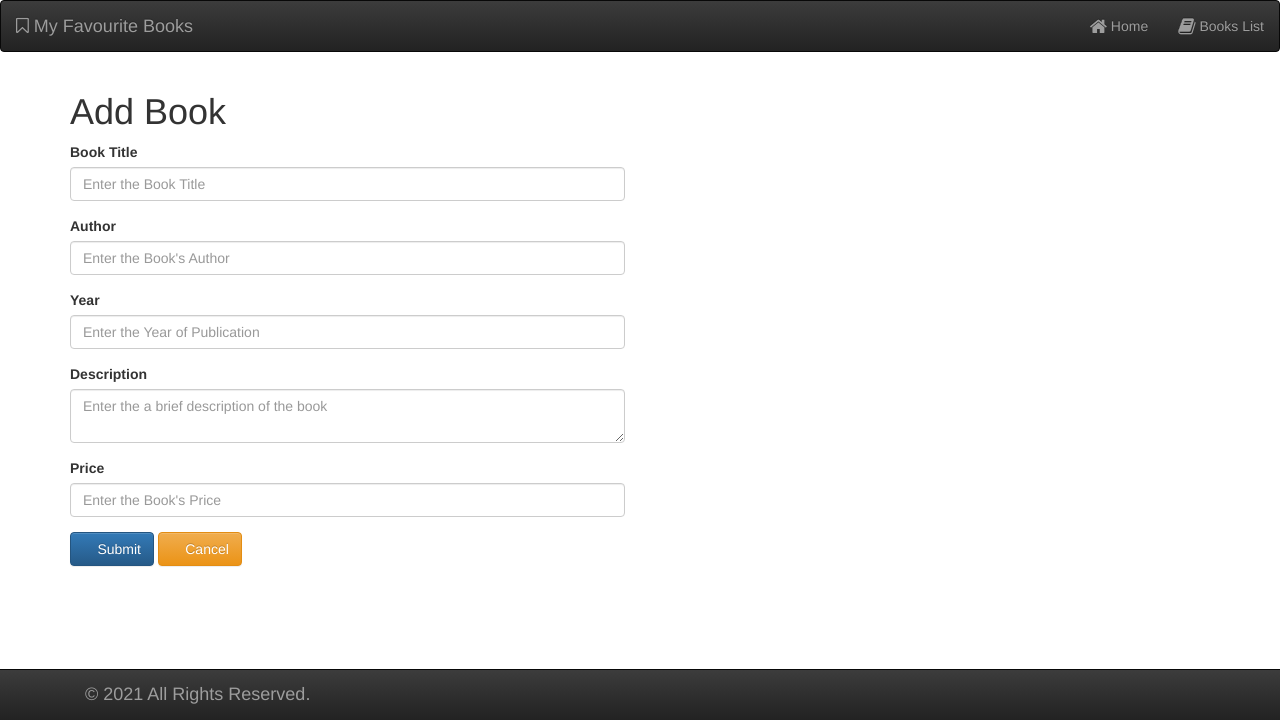
Repository: daviccarvalho/COMP229-M2021-Midterm-301154671
Page: http://localhost/books/add
These files come from the project's save history. The page is drawn as it stood at one moment and after the next save; the edit follows.
The browser window is 1280 px wide. The pictures show the whole page.
The page is served by the project's Node server (server.js). Other server files are loaded and not shown.

Above is the page before, as saved 2021-06-22 17:01:57.

### server/views/books/add.ejs
<%- include('../partials/header.ejs'); %>

<!-- Content for the Add page -->
<div class="container">
    <div class="row">
        <div class="offset-md-3 col-md-6">
            <h1><%= title %></h1>

            <form class="form" method="POST">
                <div class="form-group">
                    <label for="nameTextField">Book Title</label>
                    <input type="text" class="form-control"
                    id="nameTextField"
                    placeholder="Enter the Book Title"
                    name="title" required>
                </div>

                <div class="form-group">
                    <label for="authorTextField">Author</label>
                    <input type="text" class="form-control"
                    id="authorTextField"
                    placeholder="Enter the Book's Author"
                    name="author" required>
                </div>

                <div class="form-group">
                    <label for="publishedTextField">Year</label>
                    <input type="text" class="form-control"
                    id="publishedTextField"
                    placeholder="Enter the Year of Publication"
                    name="published" required>
                </div>

                <div class="form-group">
                    <label for="descriptionTextArea">Description</label>
                    <textarea type="text" class="form-control"
                    id="descriptionTextArea"
                    placeholder="Enter the a brief description of the book"
                    name="description" required></textarea>
                </div>

                <div class="form-group">
                    <label for="priceTextField">Price</label>
                    <input type="text" class="form-control"
                    id="priceTextField"
                    placeholder="Enter the Book's Price"
                    name="price" required>
                </div>

                <button class="btn btn-primary" type="submit">
                    <i class="fas fa-edit"></i> Submit</button>

                    <a href="/books" class="btn btn-warning">
                        <i class="fas fa-undo"></i> Cancel</a>

            </form>
        </div>

    </div>
</div>

<%- include('../partials/footer.ejs'); %>

### server/views/partials/header.ejs
<!DOCTYPE html>
<html lang="en">
  <head>
    <meta charset="utf-8">
    <meta name="viewport" content="width=device-width, initial-scale=1">
    <title><%= title %></title>
    <!-- CSS SECTION -->
    <link rel="stylesheet" href="/Scripts/lib/bootstrap/dist/css/bootstrap.min.css">
    <link rel="stylesheet" href="/Scripts/lib/bootstrap/dist/css/bootstrap-theme.min.css">
    <link rel="stylesheet" href="/Scripts/lib/font-awesome/css/font-awesome.min.css">
    <link rel='stylesheet' href='/Content/app.css' />
  </head>
  <body>

  <nav class="navbar navbar-inverse" role="navigation">
    <!-- Brand and toggle get grouped for better mobile display -->
    <div class="navbar-header">
      <button type="button" class="navbar-toggle" data-toggle="collapse" data-target=".navbar-ex1-collapse">
        <span class="sr-only">Toggle navigation</span>
        <span class="icon-bar"></span>
        <span class="icon-bar"></span>
        <span class="icon-bar"></span>
      </button>
      <a class="navbar-brand" href="/"><i class="fa fa-bookmark-o"></i> My Favourite Books</a>
    </div>

    <!-- Collect the nav links, forms, and other content for toggling -->
    <div class="collapse navbar-collapse navbar-ex1-collapse">
      <ul class="nav navbar-nav navbar-right">
        <% if(title == "Home") { %>
          <li class="active"><a href="/"><i class="fa fa-home fa-lg"></i> Home</a></li>
        <% } else { %>
          <li><a href="/"><i class="fa fa-home fa-lg"></i> Home</a></li>
        <% } %>

          <% if(title == "books") { %>
          <li class="active"><a href="/books"><i class="fa fa-book fa-lg">
          </i> Books List</a></li>
          <% } else { %>
            <li><a href="/books"><i class="fa fa-book fa-lg">
            </i> Books List</a></li>
          <% } %>

      </ul>
    </div><!-- /.navbar-collapse -->
  </nav>

### server/views/partials/footer.ejs

<nav class="navbar navbar-inverse navbar-fixed-bottom">
  <div class="container">
    <h4  class="navbar-text">&copy; 2021 All Rights Reserved.</h4>
  </div>
</nav>



<!-- JAVASCRIPT SECTION -->
    <script src="/Scripts/lib/jquery/dist/jquery.min.js"></script>
    <script src="/Scripts/lib/bootstrap/dist/js/bootstrap.min.js"></script>
    <script src="/Scripts/app.js"></script>
  </body>
</html>

### server.js
let app = require('./server/config/app');
let debug = require('debug')('comp308-w2019-midterm:server');
let http = require('http');

/**
 * Get port from environment and store in Express.
 */

let port = normalizePort(process.env.PORT || '3000');
app.set('port', port);

/**
 * Create HTTP server.
 */

let server = http.createServer(app);

/**
 * Listen on provided port, on all network interfaces.
 */

server.listen(port);
server.on('error', onError);
server.on('listening', onListening);

/**
 * Normalize a port into a number, string, or false.
 */

function normalizePort(val) {
  let port = parseInt(val, 10);

  if (isNaN(port)) {
    // named pipe
    return val;
  }

  if (port >= 0) {
    // port number
    return port;
  }

  return false;
}

/**
 * Event listener for HTTP server "error" event.
 */

function onError(error) {
  if (error.syscall !== 'listen') {
    throw error;
  }

  let bind = typeof port === 'string'
    ? 'Pipe ' + port
    : 'Port ' + port;

  // handle specific listen errors with friendly messages
  switch (error.code) {
    case 'EACCES':
      console.error(bind + ' requires elevated privileges');
      process.exit(1);
      break;
    case 'EADDRINUSE':
      console.error(bind + ' is already in use');
      process.exit(1);
      break;
    default:
      throw error;
  }
}

/**
 * Event listener for HTTP server "listening" event.
 */

function onListening() {
  let addr = server.address();
  let bind = typeof addr === 'string'
    ? 'pipe ' + addr
    : 'port ' + addr.port;
  debug('Listening on ' + bind);
}

### server/routes/books.js
// modules required for routing
let express = require('express');
let router = express.Router();
let mongoose = require('mongoose');

// define the book model
let Book = require('../models/books');

/* GET books List page. READ */
router.get('/', (req, res, next) => {
  // find all books in the books collection
  Book.find( (err, books) => {
    if (err) {
      return console.error(err);
    }
    else {
      res.render('books/index', {title: 'Books', Books: books});
    }
  });
});

//  GET the Book Details page in order to add a new Book
router.get('/add', (req, res, next) => {
    res.render('books/add', {title: 'Add Book'});
});

// POST process the Book Details page and create a new Book - CREATE
router.post('/add', (req, res, next) => {

  let newBook = Book({
    "title": req.body.title,
    "author": req.body.author,
    "published": req.body.published,
    "description": req.body.description,
    "price": req.body.price,
    "genre": req.body.genre
  });

Book.create(newBook, (err, Book) =>{
    if(err)
    {
        console.log(err);
        res.end(err);
    }
    else
    {
        // refresh the book list
        res.redirect('/books');
    }
});

});

// GET the Book Details page in order to edit an existing Book
router.get('/edit/:id', (req, res, next) => {

  let id = req.params.id;

  Book.findById(id, (err, bookToEdit) => {
      if(err)
      {
          console.log(err);
          res.end(err);
      }
      else
      {
          //show the edit view
          res.render('books/edit', {title: 'Edit Book', book: bookToEdit})
      }
  });
});

// POST - process the information passed from the details form and update the document
router.post('/edit/:id', (req, res, next) => {

  let id = req.params.id;

  let updatedBook = Book({
      "_id": id,
      "title": req.body.title,
      "author": req.body.author,
      "published": req.body.published,
      "description": req.body.description,
      "price": req.body.price,
      "genre": req.body.genre
  });

  Book.updateOne({_id: id}, updatedBook, (err) => {
      if(err)
      {
          console.log(err);
          res.end(err);
      }
      else
      {
          // refresh the book list
          res.redirect('/books');
      }
  });

});

// GET - process the delete by user id
router.get('/delete/:id', (req, res, next) => {

  let id = req.params.id;

  Book.remove({_id: id}, (err) => {
      if(err)
      {
          console.log(err);
          res.end(err);
      }
      else
      {
           // refresh the book list
           res.redirect('/books');
      }
  });
});


module.exports = router;

### client/Scripts/app.js
/* custom JS goes here */

/* pagination code from http://www.bootply.com/lxa0FF9yhw */
$.fn.pageMe = function(opts){
    var $this = this,
        defaults = {
            perPage: 7,
            showPrevNext: false,
            hidePageNumbers: false
        },
        settings = $.extend(defaults, opts);

    var listElement = $this;
    var perPage = settings.perPage;
    var children = listElement.children();
    var pager = $('.pager');

    if (typeof settings.childSelector!="undefined") {
        children = listElement.find(settings.childSelector);
    }

    if (typeof settings.pagerSelector!="undefined") {
        pager = $(settings.pagerSelector);
    }

    var numItems = children.size();
    var numPages = Math.ceil(numItems/perPage);

    pager.data("curr",0);

    if (settings.showPrevNext){
        $('<li><a href="#" class="prev_link">«</a></li>').appendTo(pager);
    }

    var curr = 0;
    while(numPages > curr && (settings.hidePageNumbers==false)){
        $('<li><a href="#" class="page_link">'+(curr+1)+'</a></li>').appendTo(pager);
        curr++;
    }

    if (settings.showPrevNext){
        $('<li><a href="#" class="next_link">»</a></li>').appendTo(pager);
    }

    pager.find('.page_link:first').addClass('active');
    pager.find('.prev_link').hide();
    if (numPages<=1) {
        pager.find('.next_link').hide();
    }
  	pager.children().eq(1).addClass("active");

    children.hide();
    children.slice(0, perPage).show();

    pager.find('li .page_link').click(function(){
        var clickedPage = $(this).html().valueOf()-1;
        goTo(clickedPage,perPage);
        return false;
    });
    pager.find('li .prev_link').click(function(){
        previous();
        return false;
    });
    pager.find('li .next_link').click(function(){
        next();
        return false;
    });

    function previous(){
        var goToPage = parseInt(pager.data("curr")) - 1;
        goTo(goToPage);
    }

    function next(){
        goToPage = parseInt(pager.data("curr")) + 1;
        goTo(goToPage);
    }

    function goTo(page){
        var startAt = page * perPage,
            endOn = startAt + perPage;

        children.css('display','none').slice(startAt, endOn).show();

        if (page>=1) {
            pager.find('.prev_link').show();
        }
        else {
            pager.find('.prev_link').hide();
        }

        if (page<(numPages-1)) {
            pager.find('.next_link').show();
        }
        else {
            pager.find('.next_link').hide();
        }

        pager.data("curr",page);
      	pager.children().removeClass("active");
        pager.children().eq(page+1).addClass("active");

    }
};

// IIFE
(function(){
  $(".btn-danger").click(function(event){
    if(!confirm("Are you sure?")) {
      event.preventDefault();
      window.location.assign("/books");
    }
  });

 /* pagination code */
  $('#myTable').pageMe(
    {pagerSelector:'#myPager',showPrevNext:true,hidePageNumbers:false,perPage:6}
    );
})();

Loaded but not shown: client/Scripts/lib/bootstrap/dist/css/bootstrap.min.css (library); client/Scripts/lib/bootstrap/dist/css/bootstrap-theme.min.css (library); client/Scripts/lib/font-awesome/css/font-awesome.min.css (library); client/Content/app.css (common file); client/Scripts/lib/jquery/dist/jquery.min.js (library); client/Scripts/lib/bootstrap/dist/js/bootstrap.min.js (library)

After the next save:
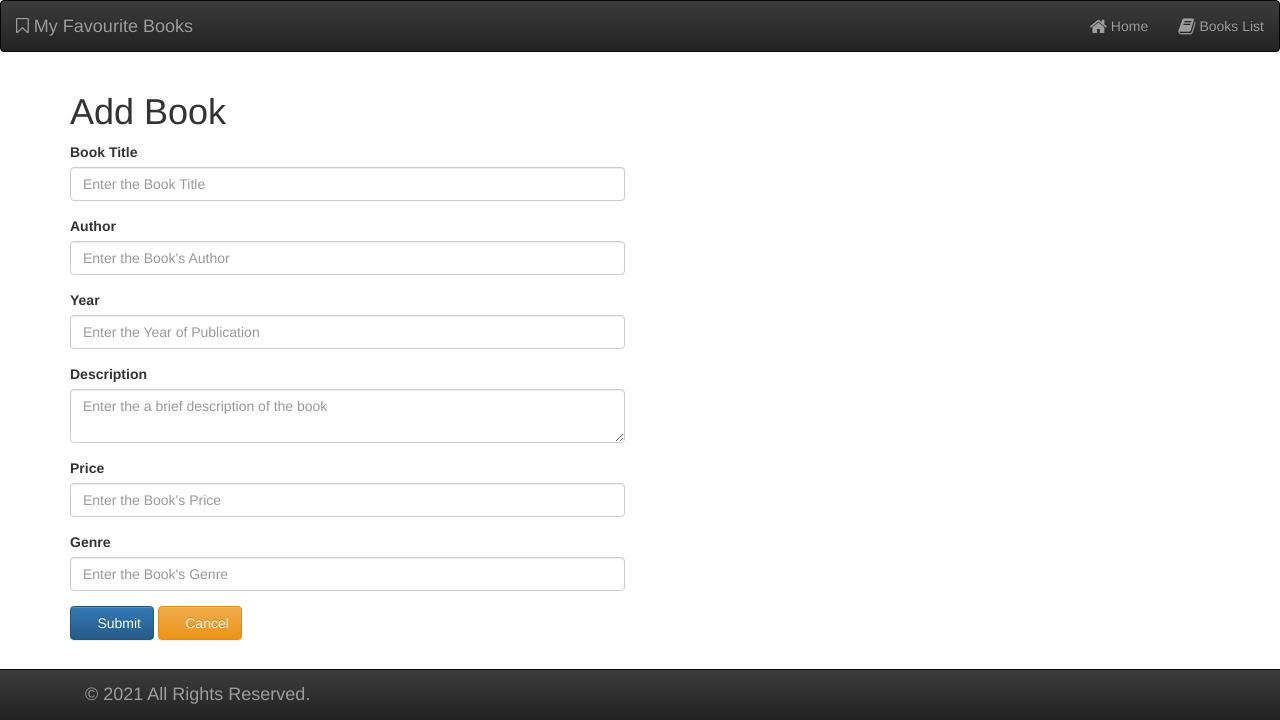
Saved 5 min 32 s later.
--- a/server/views/books/add.ejs
+++ b/server/views/books/add.ejs
@@ -47,6 +47,14 @@
                     name="price" required>
                 </div>
 
+                    <div class="form-group">
+                    <label for="genreTextField">Genre</label>
+                    <input type="text" class="form-control"
+                    id="genreTextField"
+                    placeholder="Enter the Book's Genre"
+                    name="genre" required>
+                </div>
+
                 <button class="btn btn-primary" type="submit">
                     <i class="fas fa-edit"></i> Submit</button>
 
